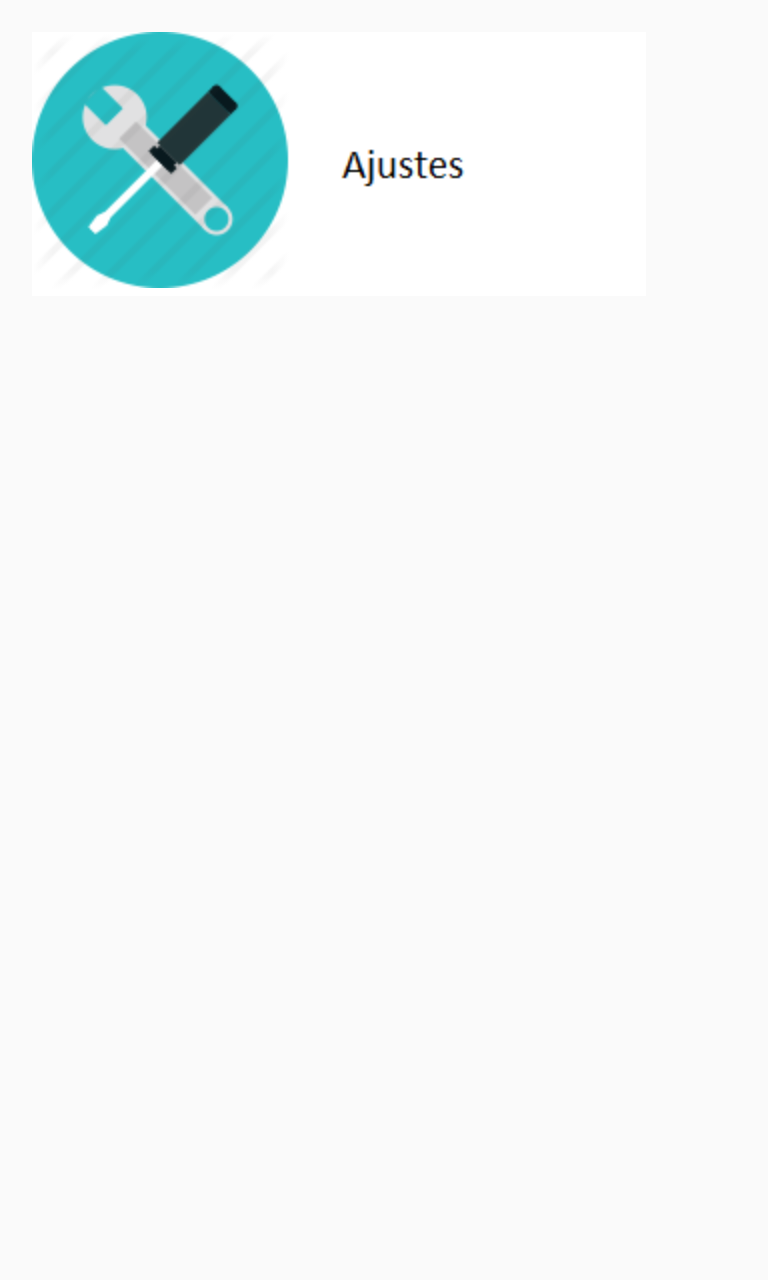
Repository: anzileiro/iot-mobilecup
Layout: iCinema/res/layout/activity_home.xml
These files come from the project's save history. The layout is drawn as it stood at one moment and after the next save; the edit follows.
It is drawn on a 768 x 1280 px phone screen (xhdpi) without system bars, with theme AppTheme; the app's code is not run.

Above is the layout before, as saved 2014-10-28 19:20:08.

### iCinema/res/layout/activity_home.xml
<RelativeLayout xmlns:android="http://schemas.android.com/apk/res/android"
    xmlns:tools="http://schemas.android.com/tools"
    android:layout_width="match_parent"
    android:layout_height="match_parent"
    android:paddingBottom="@dimen/activity_vertical_margin"
    android:paddingLeft="@dimen/activity_horizontal_margin"
    android:paddingRight="@dimen/activity_horizontal_margin"
    android:paddingTop="@dimen/activity_vertical_margin"
    tools:context="com.fiap.icinema.HomeActivity" >

    <ImageView
        android:layout_width="wrap_content"
        android:layout_height="wrap_content"
        android:layout_gravity="center"
        android:layout_marginBottom="50dp"
        android:src="@drawable/menu" />

    <ImageView
        android:layout_width="wrap_content"
        android:layout_height="wrap_content"
        android:layout_gravity="center"
        android:layout_marginBottom="50dp"
        android:src="@drawable/ranking" />

    <ImageView
        android:layout_width="wrap_content"
        android:layout_height="wrap_content"
        android:layout_gravity="center"
        android:layout_marginBottom="50dp"
        android:src="@drawable/control" />

</RelativeLayout>

Loaded but not shown: iCinema/res/values/styles.xml (common file); iCinema/res/values-v11/styles.xml (common file); iCinema/res/values-v14/styles.xml (common file); iCinema/res/values/dimens.xml (common file); iCinema/res/values-w820dp/dimens.xml (common file)

After the next save:
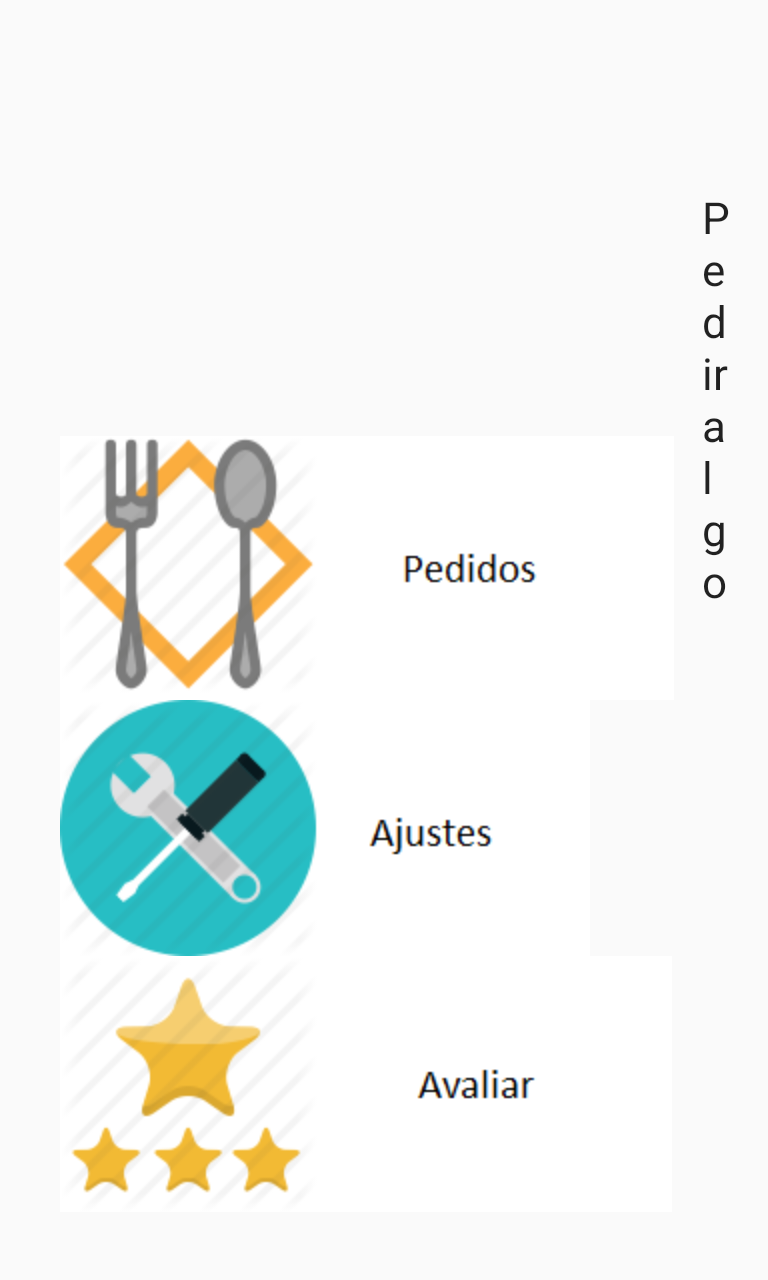
Saved 2 min 5 s later.
--- a/iCinema/res/layout/activity_home.xml
+++ b/iCinema/res/layout/activity_home.xml
@@ -9,24 +9,40 @@
     tools:context="com.fiap.icinema.HomeActivity" >
 
     <ImageView
+        android:id="@+id/imageView2"
         android:layout_width="wrap_content"
         android:layout_height="wrap_content"
-        android:layout_gravity="center"
-        android:layout_marginBottom="50dp"
+        android:layout_above="@+id/imageView1"
+        android:layout_alignParentLeft="true"
+        android:layout_marginLeft="14dp"
         android:src="@drawable/menu" />
 
     <ImageView
+        android:id="@+id/imageView1"
         android:layout_width="wrap_content"
         android:layout_height="wrap_content"
-        android:layout_gravity="center"
-        android:layout_marginBottom="50dp"
+        android:layout_above="@+id/imageView3"
+        android:layout_alignLeft="@+id/imageView2"
+        android:src="@drawable/control" />
+
+    <ImageView
+        android:id="@+id/imageView3"
+        android:layout_width="wrap_content"
+        android:layout_height="wrap_content"
+        android:layout_alignLeft="@+id/imageView1"
+        android:layout_alignParentBottom="true"
+        android:layout_marginBottom="18dp"
         android:src="@drawable/ranking" />
 
-    <ImageView
+    <TextView
+        android:id="@+id/textView1"
         android:layout_width="wrap_content"
         android:layout_height="wrap_content"
-        android:layout_gravity="center"
-        android:layout_marginBottom="50dp"
-        android:src="@drawable/control" />
+        android:layout_alignBottom="@+id/imageView2"
+        android:layout_marginBottom="45dp"
+        android:layout_marginLeft="14dp"
+        android:layout_toRightOf="@+id/imageView2"
+        android:text="Pedir algo"
+        android:textAppearance="?android:attr/textAppearanceLarge" />
 
 </RelativeLayout>
